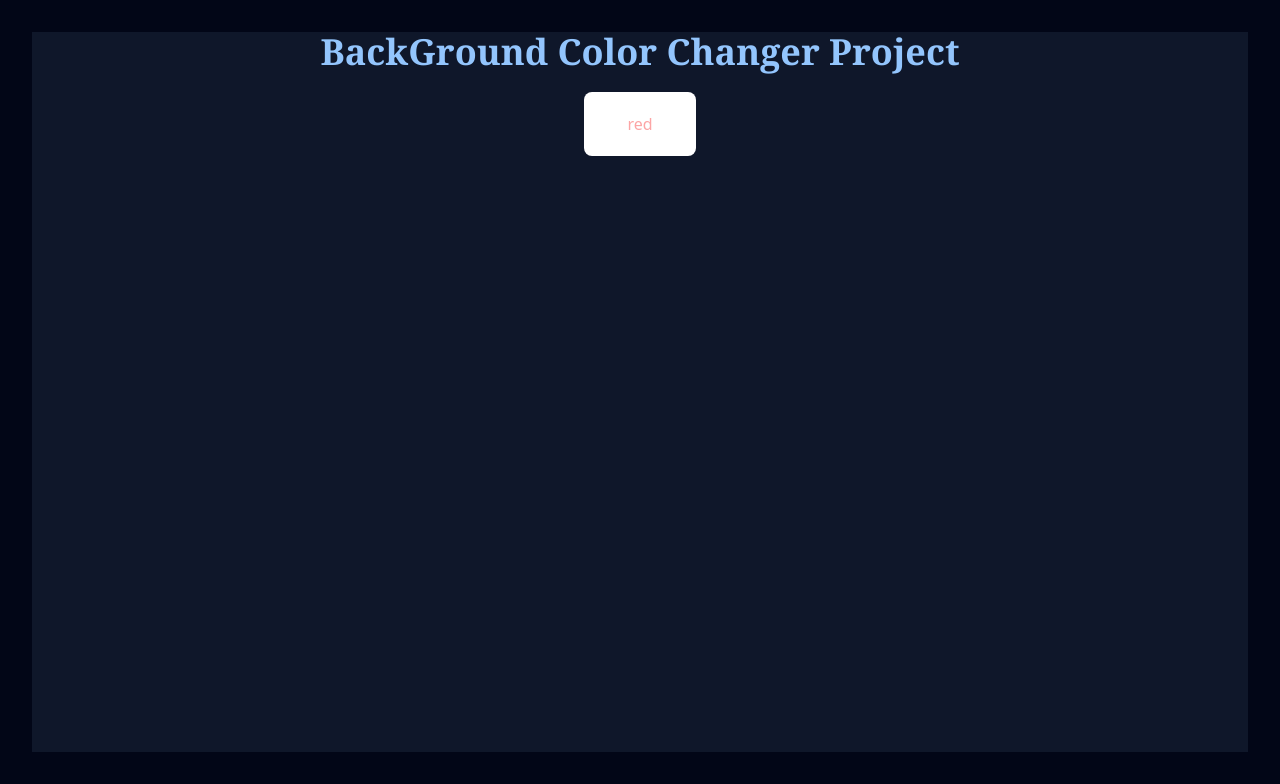
Repository: ChaitanyMishra/react-daily-work
Page: / (app in day-04-react/bg_color_changer/)
An editor plug-in stored every save of this project. The page is shown before and after the next save, followed by the edit.
The browser window is 1280 px wide. The pictures show the whole page.
The project was rebuilt for these pictures with package versions that can differ from the ones it lists, and the page was loaded fresh each time. Also part of the build but not shown: day-04-react/bg_color_changer/vite.config.js.

Above is the page before, as saved 2025-06-20 16:50:19.

After the next save:
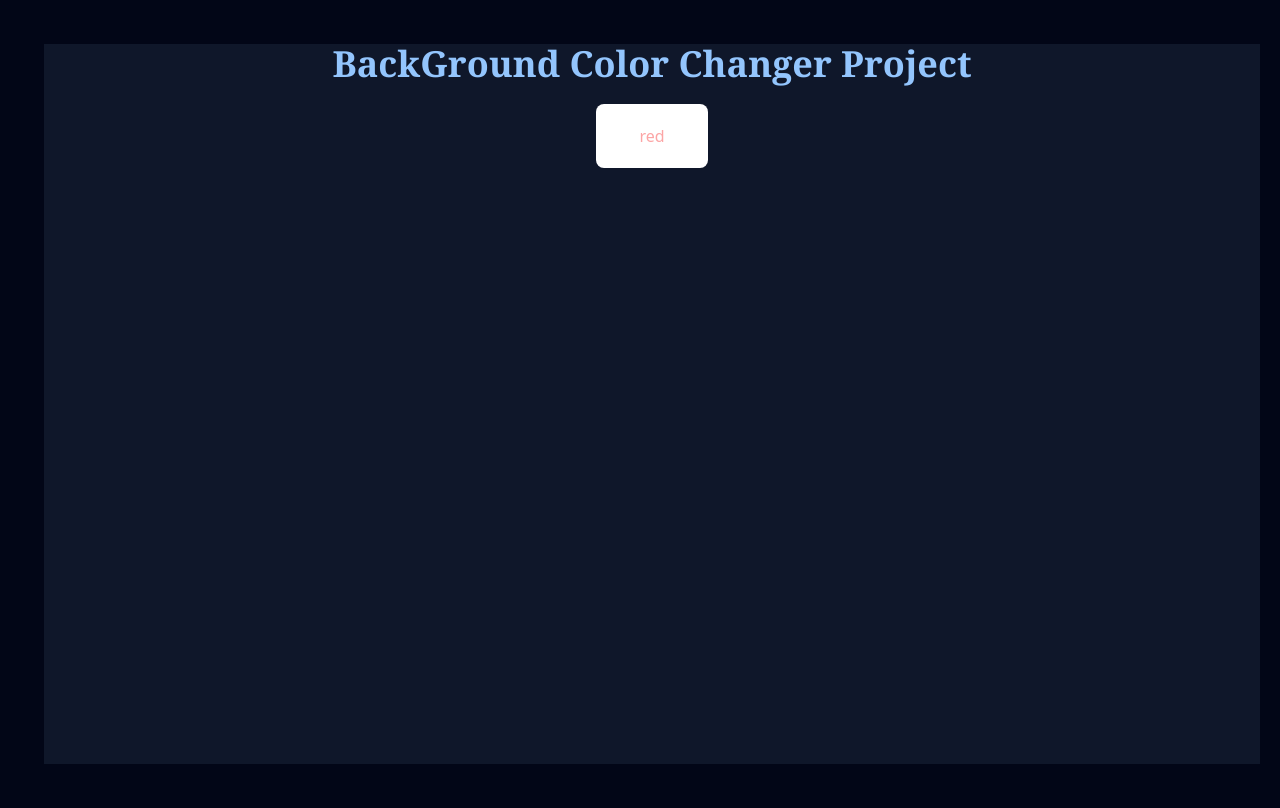
Saved 7 s later.
--- a/day-04-react/bg_color_changer/src/App.jsx
+++ b/day-04-react/bg_color_changer/src/App.jsx
@@ -7,7 +7,7 @@ function App() {
   const [colorState , changeColor] = useState("olvie")
 
   return (
-    <div className='w-full h-screen bg-slate-900'>
+    <div className='w-full h-screen bg-slate-900 m-3'>
     <h1 className='text-4xl font-serif font-bold text-blue-300 '>BackGround Color Changer Project</h1>
      <button className="bg-white text-red-300 m-5 p-5 rounded-lg w-[7rem]  ">red</button>
     <ColorChangeButton />
